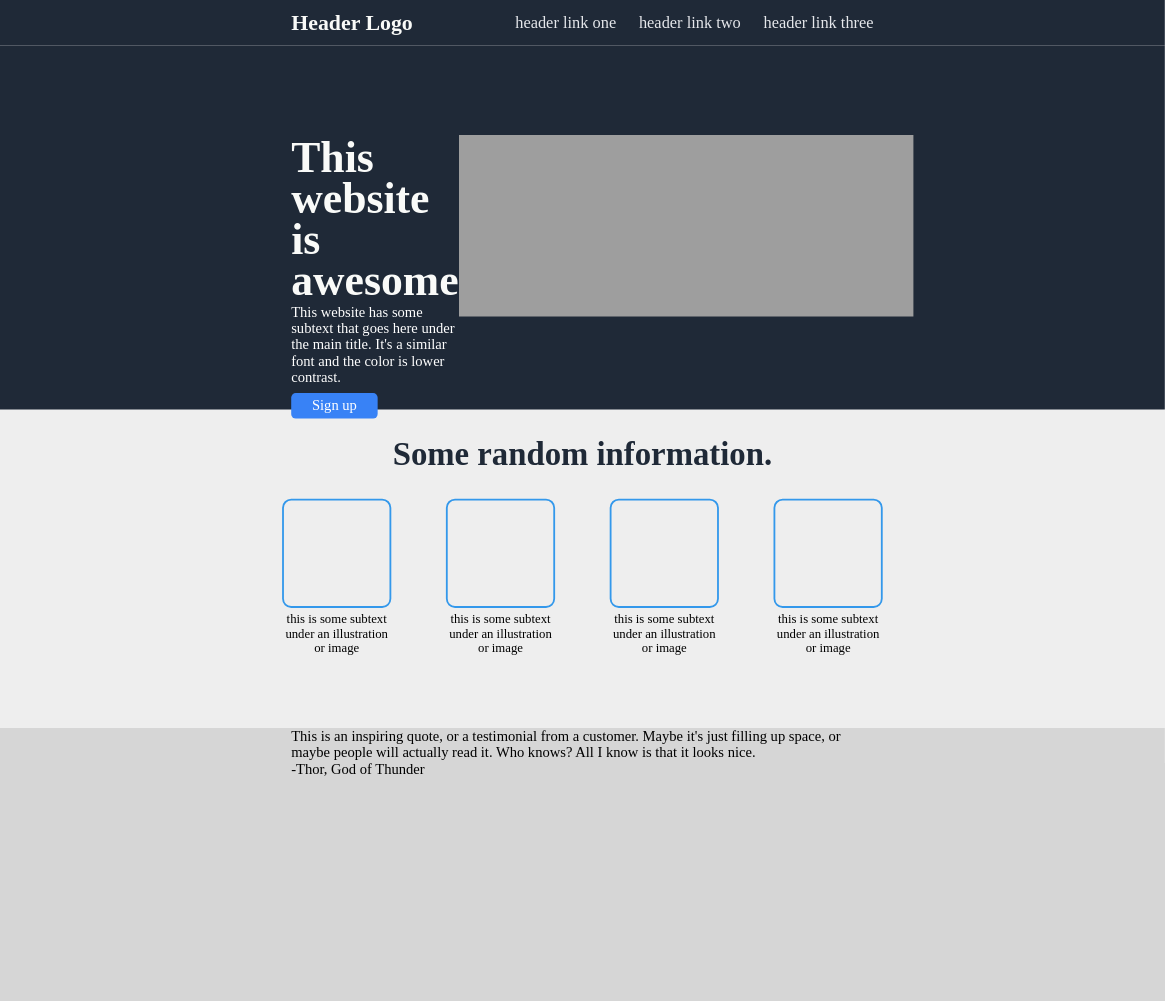
Repository: Pafestivo/Dummy-Landing-Page
Page: index.html
An editor plug-in stored every save of this project. The page is shown before and after the next save, followed by the edit.
The browser window is 1280 px wide. The pictures show the whole page, at 91% of full size.
Pictures or frames that could not be fetched are drawn as grey boxes.

Above is the page before, as saved 2022-09-26 19:15:04.

### index.html
<!DOCTYPE html>
<html lang="en">
<head>
    <meta charset="UTF-8">
    <meta name="viewport" content="width=device-width, initial-scale=1.0">
    <link rel="stylesheet" href="styles.css">
    <title>Landing Page</title>
</head>
<body>
    <header>
        <div class="container">
            <h1>Header Logo</h1>
            <nav>
                <a href="#">header link one</a>
                <a href="#">header link two</a>
                <a href="#">header link three</a>
            </nav>
        </div> <!-- /container-->
    </header>
    <main>
        <section class="first">
            <div class="container">

                <div class="right">
                    <h1>This website is awesome</h1>
                    <p>This website has some subtext that goes here under the main title. It's a similar font and the color is lower contrast.</p>
                    <a href="#">Sign up</a>
                </div> <!-- /right -->

                <div class="left">
                    <img src="images/office.jpg" alt="Office desk photo" />
                </div> <!-- /left -->

            </div> <!-- /container-->
        </section> <!-- /first -->

        <section class="second">
            <div class="container">

                <h1>Some random information.</h1>
                <div class="boxes">
                    <div class="info">
                        <div class="box"></div>
                        <div class="box-info">
                            <p>this is some subtext under an illustration or image</p>
                        </div> <!-- /box-info -->
                    </div> <!-- /info -->

                    <div class="info">
                        <div class="box"></div>
                        <div class="box-info">
                            <p>this is some subtext under an illustration or image</p>
                        </div> <!-- /box-info -->
                    </div> <!-- /info -->

                    <div class="info">
                        <div class="box"></div>
                        <div class="box-info">
                            <p>this is some subtext under an illustration or image</p>
                        </div> <!-- /box-info -->
                    </div> <!-- /info -->

                    <div class="info">
                        <div class="box"></div>
                        <div class="box-info">
                            <p>this is some subtext under an illustration or image</p>
                        </div> <!-- /box-info -->
                    </div> <!-- /info -->

                </div> <!-- /boxes-->
            </div> <!-- /container-->
        </section> <!-- /second -->

        <section class="third">
            <div class="container">
                <p>This is an inspiring quote, or a testimonial from a customer. Maybe it's just filling up space, or maybe people will actually read it. Who knows? All I know is that it looks nice.</p>
                <p class="quote-owner">-Thor, God of Thunder</p>
            </div> <!-- /container-->
        </section> <!-- /third -->

        <section class="fourth">
            <div class="container">

            </div> <!-- /container-->
        </section> <!-- /fourth -->

        <footer>

        </footer>
    </main>
</body>
</html>

### styles.css
* {
  padding: 0;
  margin: 0;
  box-sizing: border-box;
}

body {
  font-family: serif;
  background-color: #eee;
}

.container {
  width: 50vw;
  margin: 0 auto;
}

a {
  text-decoration: none;
  color: inherit;
}

/* header bar */
header {
  display: flex;
  align-items: center;
  background-color: #1F2937;
  color: #fff;
  height: 50px;
}

header h1 {
  font-size: 24px;
  color: #F9FAF8;
}

header .container {
  display: flex;
  justify-content: space-between;
}

header nav {
  display: flex;
  align-items: center;
  gap: 25px;
}

header a {
  font-size: 18px;
  color: #E5E7EB;
}
/* End header bar  */

/* First section  */
.first {
  background-color: #1F2937;
  height: 400px;
  color: #fff;
}

.first .container {
  display: flex;
  align-items: center;
  justify-content: space-between;
  height: 100%;
}

.right {
  display: flex;
  flex-direction: column;
  gap: 4px;
  height: 200px;
  width: 40%;
}

.right h1 {
  font-size: 48px;
  font-weight: extra-bold;
  color: #F9FAF8;
  line-height: 45px;
}

right p {
  font-size: 18px;
  color: #E5E7EB;
}

.first img {
  width: 500px;
  height: 200px;
}

.first a {
  background-color: #3882F6;
  width: 95px;
  padding: 5px;
  border-radius: 5px;
  margin-top: 4px;
  text-align: center;

}
/* End first section  */

/* Second section */
.second {
  height: 350px;
}

.second h1 {
  text-align: center;
  font-size: 36px;
  font-weight: extra-bold;
  color: #1F2937;
  padding: 28px 0 28px 0;
}

.boxes {
  display: flex;
  justify-content: center;
  gap: 60px;
}

.box {
  width: 120px;
  height: 120px;
  border: 2px solid hsl(207, 82%, 56%);
  border-radius: 10px;
}

.box-info {
  margin-top: 5px;
  width: 120px;
  font-size: 14px;
  text-align: center;
}
/* End second section  */

/* Third section  */
.third {
  background-color: #d6d6d6;
  height: 300px;
}
/* End third section  */

After the next save:
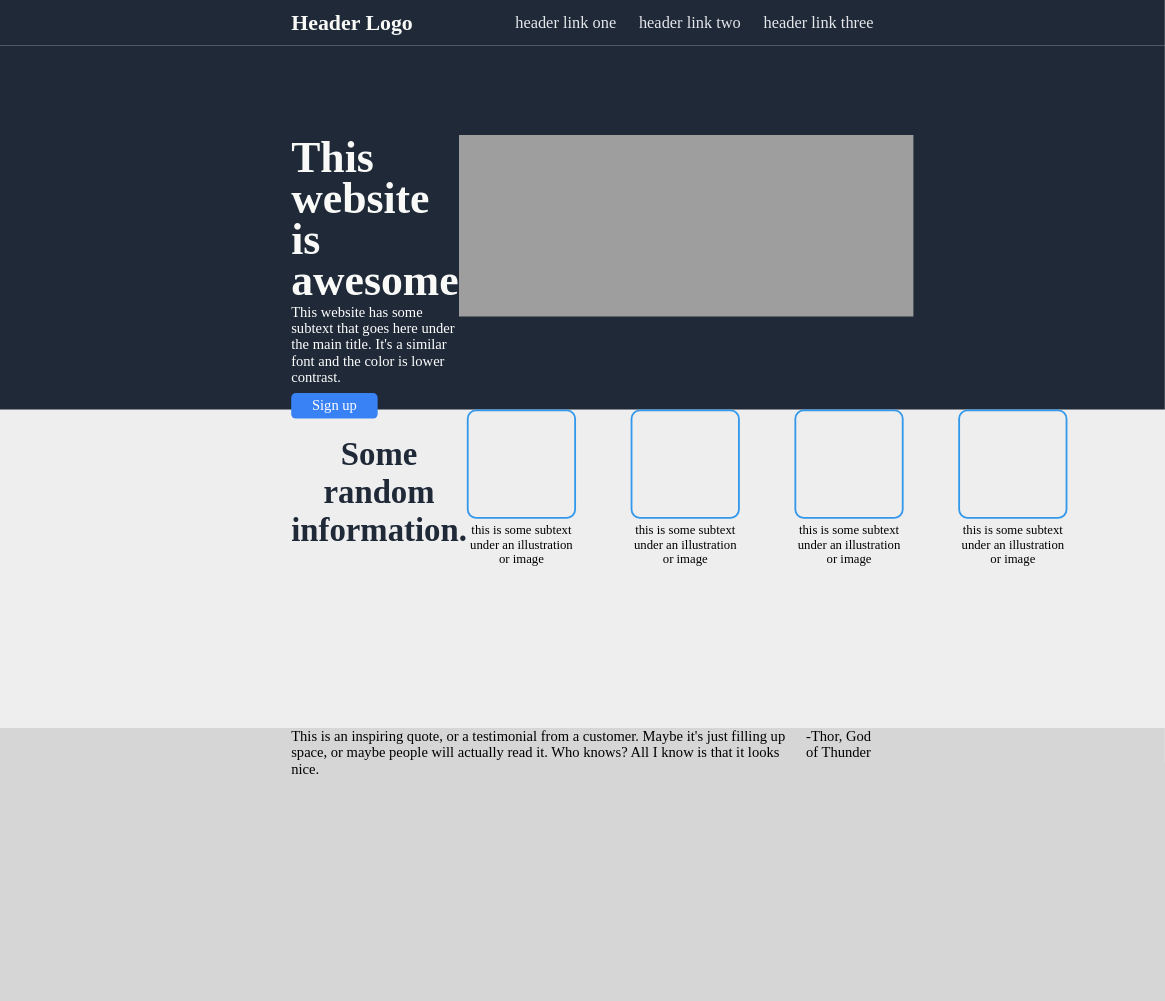
Saved 38 s later.
--- a/styles.css
+++ b/styles.css
@@ -139,4 +139,8 @@ right p {
   background-color: #d6d6d6;
   height: 300px;
 }
+
+.container {
+  display: flex;
+}
 /* End third section  */
